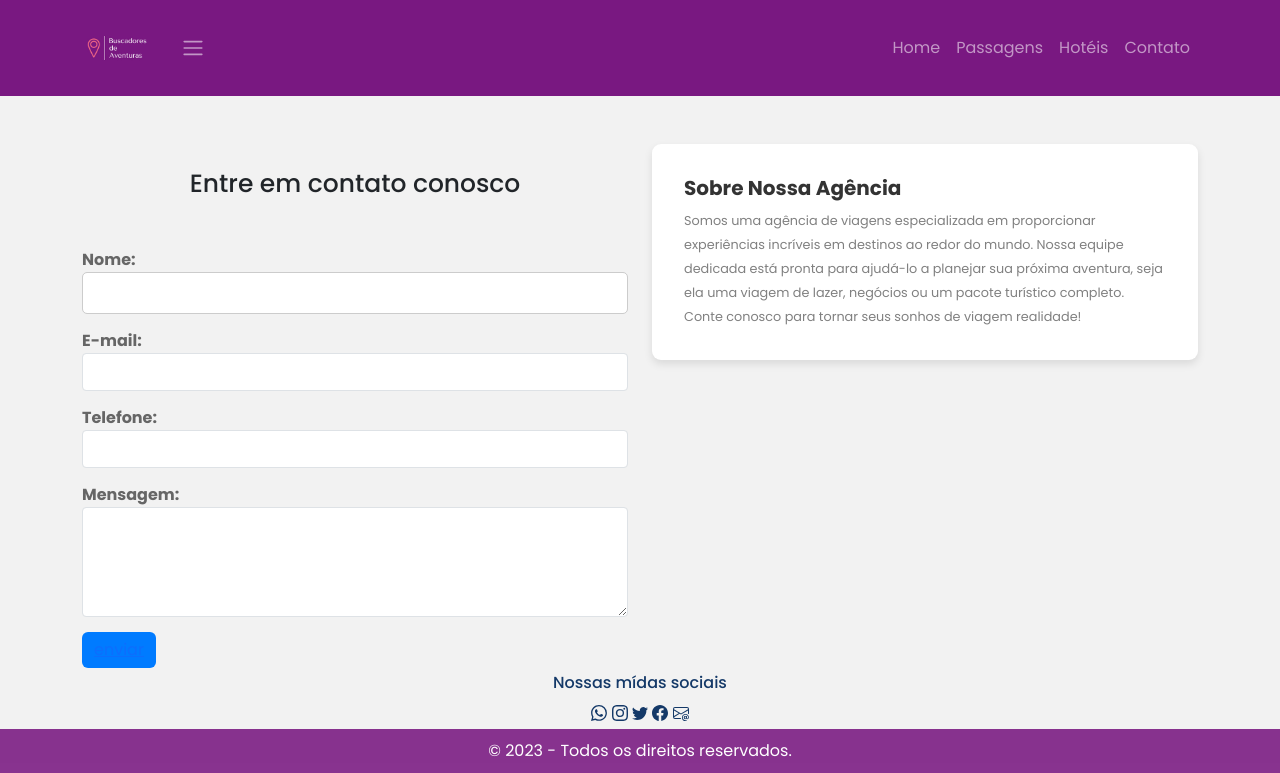
Repository: gabilorpi/AgenciaSpringMVC
Page: http://localhost/views/contato/index
An editor plug-in stored every save of this project. The page is shown before and after the next save, followed by the edit.
The browser window is 1280 px wide. The pictures show the whole page.
The page is this project's Thymeleaf template; nobody is signed in. The template is opened directly, without the code that normally fills it, so the values that code supplies are empty.

Above is the page before, as saved 2023-12-09 15:21:43.

### AgenciaSpringMVC/src/main/resources/templates/views/contato/index.html
<!DOCTYPE html>
<html lang="pt-br">

<head>
  <meta charset="UTF-8">
  <meta name="viewport" content="width=device-width, initial-scale=1.0">
  <link rel="stylesheet" href="https://cdnjs.cloudflare.com/ajax/libs/twitter-bootstrap/5.3.0/css/bootstrap.min.css">
  <link rel="stylesheet" href="https://cdnjs.cloudflare.com/ajax/libs/font-awesome/6.0.0-beta3/css/all.min.css">
  <link rel="stylesheet" href="./css/style.css">
  <title>Reserva de Passagens Aéreas</title>
</head>

<body>

  <!-- Barra de menu -->
  <nav class="navbar navbar-expand-lg navbar-dark">
    <div class="container">
      <a class="navbar-brand" href="#">
        <img src="./img/logotipo.jpg" alt="Logotipo da Sua Empresa">
      </a>
      <button class="btn btn" type="button" data-bs-toggle="offcanvas" data-bs-target="#offcanvasRight"
        aria-controls="offcanvasRight">
        <span class="navbar-toggler-icon"></span>
      </button>
      <div class="collapse navbar-collapse" id="navbarNav">
        <ul class="navbar-nav ms-auto">
          <li class="nav-item">
            <a class="nav-link" href="">Home</a>
          </li>
          <li class="nav-item">
            <a class="nav-link" href="../projeto/passagens.html">Passagens</a>
          </li>
          <li class="nav-item">
            <a class="nav-link" href="../projeto/hoteis.html">Hotéis</a>
          </li>
          <li class="nav-item">
            <a class="nav-link" href="">Contato</a>
          </li>
        </ul>
      </div>
    </div>
  </nav>
  <!-- Menu Lateral (Offcanvas) -->
  <div class="offcanvas offcanvas-start" tabindex="-1" id="offcanvasRight" aria-labelledby="offcanvasRightLabel">
    <div class="offcanvas-header">
      <h5 class="offcanvas-title" id="offcanvasRightLabel">Menu</h5>
      <button type="button" class="btn-close" data-bs-dismiss="offcanvas" aria-label="Close"></button>
    </div>
    <div class="offcanvas-body">
      <ul class="nav flex-column">
        <li class="nav-item">
          <a class="nav-link" href="../projeto/index.html">Home</a>
        </li>
        <li class="nav-item">
          <a class="nav-link" href="../projeto/passagens.html">Passagens</a>
        </li>
        <li class="nav-item">
          <a class="nav-link" href="../projeto/hoteis.html">Hotéis</a>
        </li>
        <li class="nav-item">
          <a class="nav-link" href="contato">Contato</a>
        </li>
      </ul>
    </div>
  </div>

  <div class="container mt-5">
    <div class="row">
      <div class="col-md-6">
        <!-- Formulário de Contato -->
        <h2 class="mb-4">Entre em contato conosco</h2>
        <form action="#" method="post">
          <div class="form-group">
            <label for="name">Nome:</label>
            <input type="text" class="form-control" id="name" name="name" required>
          </div>
          <div class="form-group">
            <label for="email">E-mail:</label>
            <input type="email" class="form-control" id="email" name="email" required>
          </div>
          <div class="form-group">
            <label for="phone">Telefone:</label>
            <input type="tel" class="form-control" id="phone" name="phone" required>
          </div>
          <div class="form-group">
            <label for="message">Mensagem:</label>
            <textarea class="form-control" id="message" name="message" rows="4" required></textarea>
          </div>
          <button type="submit" class="btn btn-primary"><a
                  th:href="@{/contato}">enviar</a></button>
        </form>
      </div>
      <div class="col-md-6">
        <!-- Card de Texto -->
        <div class="card">
          <div class="card-body">
            <h5 class="card-title">Sobre Nossa Agência</h5>
            <p class="card-text">Somos uma agência de viagens especializada em proporcionar experiências incríveis em
              destinos ao redor do mundo. Nossa equipe dedicada está pronta para ajudá-lo a planejar sua próxima
              aventura, seja ela uma viagem de lazer, negócios ou um pacote turístico completo. Conte conosco para
              tornar seus sonhos de viagem realidade!</p>
          </div>
        </div>
      </div>
    </div>
  </div>

  <div class="icons">
    <h6>Nossas mídas sociais</h6>
    <svg xmlns="http://www.w3.org/2000/svg" width="16" height="16" fill="currentColor" class="bi bi-whatsapp"
      viewBox="0 0 16 16">
      <path
        d="M13.601 2.326A7.854 7.854 0 0 0 7.994 0C3.627 0 .068 3.558.064 7.926c0 1.399.366 2.76 1.057 3.965L0 16l4.204-1.102a7.933 7.933 0 0 0 3.79.965h.004c4.368 0 7.926-3.558 7.93-7.93A7.898 7.898 0 0 0 13.6 2.326zM7.994 14.521a6.573 6.573 0 0 1-3.356-.92l-.24-.144-2.494.654.666-2.433-.156-.251a6.56 6.56 0 0 1-1.007-3.505c0-3.626 2.957-6.584 6.591-6.584a6.56 6.56 0 0 1 4.66 1.931 6.557 6.557 0 0 1 1.928 4.66c-.004 3.639-2.961 6.592-6.592 6.592zm3.615-4.934c-.197-.099-1.17-.578-1.353-.646-.182-.065-.315-.099-.445.099-.133.197-.513.646-.627.775-.114.133-.232.148-.43.05-.197-.1-.836-.308-1.592-.985-.59-.525-.985-1.175-1.103-1.372-.114-.198-.011-.304.088-.403.087-.088.197-.232.296-.346.1-.114.133-.198.198-.33.065-.134.034-.248-.015-.347-.05-.099-.445-1.076-.612-1.47-.16-.389-.323-.335-.445-.34-.114-.007-.247-.007-.38-.007a.729.729 0 0 0-.529.247c-.182.198-.691.677-.691 1.654 0 .977.71 1.916.81 2.049.098.133 1.394 2.132 3.383 2.992.47.205.84.326 1.129.418.475.152.904.129 1.246.08.38-.058 1.171-.48 1.338-.943.164-.464.164-.86.114-.943-.049-.084-.182-.133-.38-.232z" />
    </svg>
    <svg xmlns="http://www.w3.org/2000/svg" width="16" height="16" fill="currentColor" class="bi bi-instagram"
      viewBox="0 0 16 16">
      <path
        d="M8 0C5.829 0 5.556.01 4.703.048 3.85.088 3.269.222 2.76.42a3.917 3.917 0 0 0-1.417.923A3.927 3.927 0 0 0 .42 2.76C.222 3.268.087 3.85.048 4.7.01 5.555 0 5.827 0 8.001c0 2.172.01 2.444.048 3.297.04.852.174 1.433.372 1.942.205.526.478.972.923 1.417.444.445.89.719 1.416.923.51.198 1.09.333 1.942.372C5.555 15.99 5.827 16 8 16s2.444-.01 3.298-.048c.851-.04 1.434-.174 1.943-.372a3.916 3.916 0 0 0 1.416-.923c.445-.445.718-.891.923-1.417.197-.509.332-1.09.372-1.942C15.99 10.445 16 10.173 16 8s-.01-2.445-.048-3.299c-.04-.851-.175-1.433-.372-1.941a3.926 3.926 0 0 0-.923-1.417A3.911 3.911 0 0 0 13.24.42c-.51-.198-1.092-.333-1.943-.372C10.443.01 10.172 0 7.998 0h.003zm-.717 1.442h.718c2.136 0 2.389.007 3.232.046.78.035 1.204.166 1.486.275.373.145.64.319.92.599.28.28.453.546.598.92.11.281.24.705.275 1.485.039.843.047 1.096.047 3.231s-.008 2.389-.047 3.232c-.035.78-.166 1.203-.275 1.485a2.47 2.47 0 0 1-.599.919c-.28.28-.546.453-.92.598-.28.11-.704.24-1.485.276-.843.038-1.096.047-3.232.047s-2.39-.009-3.233-.047c-.78-.036-1.203-.166-1.485-.276a2.478 2.478 0 0 1-.92-.598 2.48 2.48 0 0 1-.6-.92c-.109-.281-.24-.705-.275-1.485-.038-.843-.046-1.096-.046-3.233 0-2.136.008-2.388.046-3.231.036-.78.166-1.204.276-1.486.145-.373.319-.64.599-.92.28-.28.546-.453.92-.598.282-.11.705-.24 1.485-.276.738-.034 1.024-.044 2.515-.045v.002zm4.988 1.328a.96.96 0 1 0 0 1.92.96.96 0 0 0 0-1.92zm-4.27 1.122a4.109 4.109 0 1 0 0 8.217 4.109 4.109 0 0 0 0-8.217zm0 1.441a2.667 2.667 0 1 1 0 5.334 2.667 2.667 0 0 1 0-5.334z" />
    </svg>
    <svg xmlns="http://www.w3.org/2000/svg" width="16" height="16" fill="currentColor" class="bi bi-twitter"
      viewBox="0 0 16 16">
      <path
        d="M5.026 15c6.038 0 9.341-5.003 9.341-9.334 0-.14 0-.282-.006-.422A6.685 6.685 0 0 0 16 3.542a6.658 6.658 0 0 1-1.889.518 3.301 3.301 0 0 0 1.447-1.817 6.533 6.533 0 0 1-2.087.793A3.286 3.286 0 0 0 7.875 6.03a9.325 9.325 0 0 1-6.767-3.429 3.289 3.289 0 0 0 1.018 4.382A3.323 3.323 0 0 1 .64 6.575v.045a3.288 3.288 0 0 0 2.632 3.218 3.203 3.203 0 0 1-.865.115 3.23 3.23 0 0 1-.614-.057 3.283 3.283 0 0 0 3.067 2.277A6.588 6.588 0 0 1 .78 13.58a6.32 6.32 0 0 1-.78-.045A9.344 9.344 0 0 0 5.026 15z" />
    </svg>
    <svg xmlns="http://www.w3.org/2000/svg" width="16" height="16" fill="currentColor" class="bi bi-facebook"
      viewBox="0 0 16 16">
      <path
        d="M16 8.049c0-4.446-3.582-8.05-8-8.05C3.58 0-.002 3.603-.002 8.05c0 4.017 2.926 7.347 6.75 7.951v-5.625h-2.03V8.05H6.75V6.275c0-2.017 1.195-3.131 3.022-3.131.876 0 1.791.157 1.791.157v1.98h-1.009c-.993 0-1.303.621-1.303 1.258v1.51h2.218l-.354 2.326H9.25V16c3.824-.604 6.75-3.934 6.75-7.951z" />
    </svg>
    <svg xmlns="http://www.w3.org/2000/svg" width="16" height="16" fill="currentColor" class="bi bi-envelope-at"
      viewBox="0 0 16 16">
      <path
        d="M2 2a2 2 0 0 0-2 2v8.01A2 2 0 0 0 2 14h5.5a.5.5 0 0 0 0-1H2a1 1 0 0 1-.966-.741l5.64-3.471L8 9.583l7-4.2V8.5a.5.5 0 0 0 1 0V4a2 2 0 0 0-2-2H2Zm3.708 6.208L1 11.105V5.383l4.708 2.825ZM1 4.217V4a1 1 0 0 1 1-1h12a1 1 0 0 1 1 1v.217l-7 4.2-7-4.2Z" />
      <path
        d="M14.247 14.269c1.01 0 1.587-.857 1.587-2.025v-.21C15.834 10.43 14.64 9 12.52 9h-.035C10.42 9 9 10.36 9 12.432v.214C9 14.82 10.438 16 12.358 16h.044c.594 0 1.018-.074 1.237-.175v-.73c-.245.11-.673.18-1.18.18h-.044c-1.334 0-2.571-.788-2.571-2.655v-.157c0-1.657 1.058-2.724 2.64-2.724h.04c1.535 0 2.484 1.05 2.484 2.326v.118c0 .975-.324 1.39-.639 1.39-.232 0-.41-.148-.41-.42v-2.19h-.906v.569h-.03c-.084-.298-.368-.63-.954-.63-.778 0-1.259.555-1.259 1.4v.528c0 .892.49 1.434 1.26 1.434.471 0 .896-.227 1.014-.643h.043c.118.42.617.648 1.12.648Zm-2.453-1.588v-.227c0-.546.227-.791.573-.791.297 0 .572.192.572.708v.367c0 .573-.253.744-.564.744-.354 0-.581-.215-.581-.8Z" />
    </svg>
  </div>
  <footer>
    &copy; 2023 - Todos os direitos reservados.
    </div>
  </footer>
  <script src="https://cdnjs.cloudflare.com/ajax/libs/twitter-bootstrap/5.3.0/js/bootstrap.bundle.min.js"></script>
</body>

</html>

### AgenciaSpringMVC/src/main/resources/static/css/style.css
@import url('https://fonts.googleapis.com/css2?family=Poppins:wght@400;500;600;700&display=swap');

body {
    font-family: 'Poppins', sans-serif;
    font-size: 16px;
    background-color: #f2f2f2;

}

* {
  margin: 0;
  padding: 0;
}

h1{
    font-family: sans-serif;
    font-size: 22px;
    text-align: right;
}

nav{
  margin-bottom: 2px;
   background-color:#791881
}

.navbar-brand {
  width: 70px;
  height:auto;


}

main {
    width: 100%;
}

section {
    width: 100%;
    margin: 0 auto;
}

.limita-area {
    max-width: 1024px;
}

img:first-child {
    width: 100%;
}

h2 {
    width: 100%;
    text-align: center;
    padding: 25px 0;
    font-size: 25px;
}

p {
    line-height: 32px;
}

p:last-child {
    display: inline;

    padding: 10px 5px;
}

.mais-informacoes {
    display: block;
    margin: 25px 0;
    font-weight: bold;
    padding-left: 10px;
    border-left: 2px solid rgba(121, 24, 129, 0.877);
}

.destinos-avaliados.meu-site{
    width: 100%;
    display: flex;
    margin: 25px 0px;
    overflow-x: scroll;
}
.destinos-avaliados.meu-site figcaption, figure img {
  width: 350px;
}

.destinos-avaliados.meu-site figure {
    display: flex;
    flex-direction:column;
    margin: 5px 10px;

}

.destinos-avaliados.meu-site figcaption, figure span {
    margin: 12px 0;
    padding: 12px 5px;
    text-align: center;
    color:white;
    background:rgba(121, 24, 129, 0.877);
}

header,footer {
  width: 100%;
  padding: 10px;
  display: flex;
  justify-content: center;
  align-items: center;
  background: rgba(121, 24, 129, 0.877);
  color: #ffffff;
  box-sizing: border-box;
}
.row{
    width: left 13rem;
}


.custom-img {
    max-height: 480px; /* Defina a altura desejada para a imagem */
  }

  .card {
    border: none;
    box-shadow: 0 4px 8px rgba(0, 0, 0, 0.1);
  }

  .card-title {
    font-size: 20px;
    font-weight: bold;
    color: #333;
  }

  .form-group {
    margin-bottom: 15px;
  }

  label {
    font-size: 16px;
    color: #666;
  }

  input[type="text"],
  input[type="date"],
  input[type="number"] {
    border: 1px solid #ccc;
    border-radius: 5px;
    padding: 8px 12px;
    width: 100%;
  }

  .btn-primary {
    background-color: #007bff;
    border: none;
  }

  .btn-primary:hover {
    background-color: #0056b3;
  }
  /* Estilos para o texto e ícone de hospedagem */
  .info-container {
    background-color: #fff;
    border-radius: 5px;
    box-shadow: 0 4px 8px rgba(0, 0, 0, 0.1);
    padding: 20px;
    margin-top: 40px;
  }

  .hotel-icon {
    font-size: 48px;
    color: #007bff;
    margin-bottom: 18px;
  }

  .hotel-text {
    font-size: 40px;
    font-family:'Poppins', sans-serif;
    color: #5a5151;
  }
  .star {
    color: gold; /* Define a cor das estrelas (dourado) */
    font-size: 12px; /* Define o tamanho das estrelas */
    margin-bottom: 8px;
  }

  div.card{
    padding: 16px !important;
    border-radius: 9px !important;
  }

  .card-group{
    column-gap: 24px;
  }

  .card-text{
    font-size: 0.8em;
    color: gray;
    padding: 0px !important;
    line-height: 8px;
    text-align: justify-all;
  }

  .form-container {
    max-width: 500px;
    margin: 0 auto;
  }

  .form-group label {
    font-weight: bold;
  }
  .form-control {
    border-radius: 4px;
  }
  .btn-primary {
    background-color: #007bff;
    border: none;
  }
  .btn-primary:hover {
    background-color: #0056b3;
  }
  .icons{
    padding: 5px;
    color:rgb(20, 57, 104);
    text-align: center;
  }

  .voos-text {
    font-size: 18px;
    font-family:'Poppins', sans-serif;
    color: #5a5151;
  }
    /* Cadastro */
    #main-contain{

    }

    #register-form input, label{
      display: block;
      width: 100%;

      }
    #register-form label{
      color: #fff;
      font-weight: bold;
      font-size: .8rem;
    }
    #register-form input{
      color: #fff;
      background-color: #5f46a3e1;
      border-bottom: 2px solid #fff;
      padding: 10px;
      font-size: .9rem;
      margin-bottom: 40px;
    }
    #register-form input:focus{
      border-color: #62CACA;
    }
    #register-form input[type="submit"]{
      background-color: #62CACA;
      border: none;
      border-radius: 20px;
      height: 40px;
      cursor: pointer;
    }
    #register-form #agreement {
      margin-right: 5px;
    }
    #register-form #agreement, #agreement-label{
      display: inline-block;
      width: auto;
    }
    #register-form {
      display: flex;
      flex-wrap: wrap;
      justify-content: space-between;

    }

    #register-form input:focus, label:focus{
      outline: none;
    }
    #register-form a{
    color: #62caca;

    }
    #main-container{
      width: 700px;
      margin-left: auto;
      margin-right: auto;
      background-color: #542d9c96;
      padding: 25px;
      border-radius: 2px;

    }

    #main-container h1{
      text-align: center;
      margin-bottom: 25px;
      font-size: 1.6rem;
      color: #fff;
      font-weight: bold ;
    }

   .full-box{
      flex: 1 1 100%;
      position: relative;
    }

    .half-box{
      flex: 1 1 45%;
      position: relative;
    }
    .spacing{
      margin-right: 2.5%;

    }
/* menu lateral */
.offcanvas{
  background-color:rgb(225, 236, 245);

}

#signup-btn{

}

/* styles.css */

/* Animação de rotação para estrelas */
.star i:hover {
  animation: spin 1s infinite linear;
}

@keyframes spin {
  from { transform: rotate(0deg); }
  to { transform: rotate(360deg); }
}

/* Animação de aumento de tamanho para os cartões */
.card:hover {
  transform: scale(1.1);
}

.card-group.show {
  opacity: 1;
  transform: translateY(0);
}
/* */
/* styles.css */

/* Classe para elementos que deslizarão */
.slide-in {
  transform: translateY(50px); /* Comece a 50px abaixo da posição original */
  opacity: 0; /* Comece invisível */
  transition: transform 0.5s ease, opacity 0.5s ease; /* Adicione uma transição suave */
}

/* Classe para ativar a animação */
.slide-in-active {
  transform: translateY(0); /* Deslize para a posição original */
  opacity: 1; /* Torne o elemento visível */
}

After the next save:
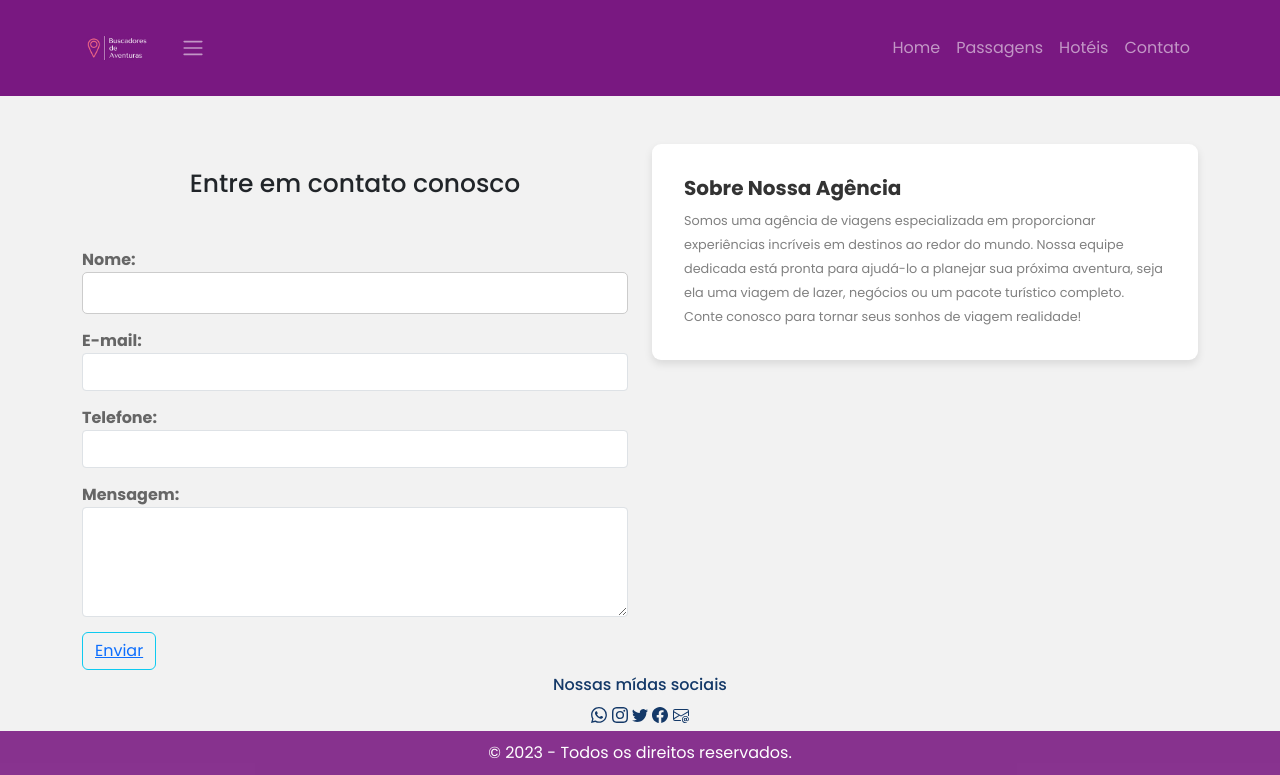
Saved 119 s later.
--- a/AgenciaSpringMVC/src/main/resources/templates/views/contato/index.html
+++ b/AgenciaSpringMVC/src/main/resources/templates/views/contato/index.html
@@ -86,8 +86,8 @@
             <label for="message">Mensagem:</label>
             <textarea class="form-control" id="message" name="message" rows="4" required></textarea>
           </div>
-          <button type="submit" class="btn btn-primary"><a
-                  th:href="@{/contato}">enviar</a></button>
+          <button id="signup-btn" type="button" class="btn btn-outline-info ml-2"><a
+                  th:href="@{/contato}">Enviar</a></button>
         </form>
       </div>
       <div class="col-md-6">
